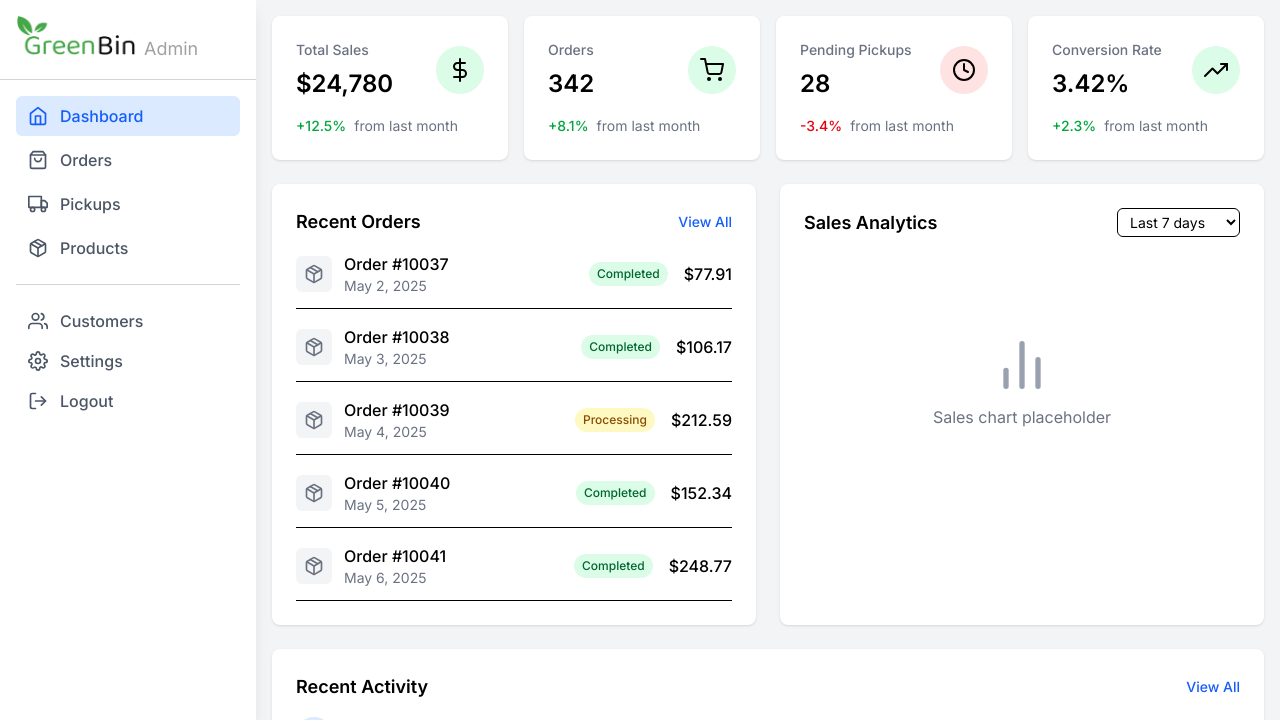
Repository: Siddhu123456/Plastic-Waste-Management
Page: /dashboard (app in frontend/)
An editor plug-in stored every save of this project. The page is shown before and after the next save, followed by the edit.
The browser window is 1280 px wide. The pictures show the whole page.
An inner scrolling area shows only its first screen. The project was rebuilt for these pictures with package versions that can differ from the ones it lists, and the page was loaded fresh each time. Also part of the build but not shown: frontend/vite.config.js, frontend/src/components/ProductCard.jsx, frontend/src/components/TrendingProductsCarousel.jsx, frontend/src/pages/Home.jsx, frontend/src/components/FilterBar.jsx, frontend/src/components/Loader.jsx, frontend/src/pages/customer/Shop.jsx, frontend/src/pages/customer/Recycle.jsx and 22 more. Imported but missing from the stored project, and not drawn on this page: frontend/src/pages/Help, frontend/src/pages/customer/WishList.

Above is the page before, as saved 2025-05-06 20:04:26.

### frontend/src/index.css
@import url('https://fonts.googleapis.com/css2?family=Fugaz+One&family=Montserrat:ital@0;1&display=swap');
@import url('https://fonts.googleapis.com/css2?family=Inter:ital,opsz,wght@0,14..32,100..900;1,14..32,100..900&display=swap');
@import "tailwindcss";


@custom-variant dark (&:where(.dark, .dark *));


@theme{
  --color-ow : #f5f5f5;
  --color-dbg : #000803;
  --color-dsc : #1e221f;
  --color-dtc : #313532;
  --color-lgg : #3bd440;
  --color-tc : #1e1e1e;
  --color-lgd : #2aa12e;
  --color-bl: #1D2A35;
  --color-lg-trans : rgba(69, 167, 72, 0.3);
}

@layer components {
  .pri-btn {
    @apply text-white cursor-pointer text-center rounded-lg bg-lgg hover:bg-lgd transition duration-300
  }
  .white-btn {
    @apply text-lgg cursor-pointer text-center rounded-2xl bg-ow transition duration-300
  }
  .trans-btn{
    @apply border text-center rounded-2xl cursor-pointer border-lgg text-lgg hover:bg-lgg hover:text-white transition
  }

  .white-trans-btn{
    @apply border text-center rounded-2xl cursor-pointer border-white text-white transition duration-300
  }
}

@layer utilities{
  .no-scrollbar::-webkit-scrollbar {
    display: none;
}
.no-scrollbar {
    -ms-overflow-style: none;
    scrollbar-width: none;
}
}

:root{
  font-family: "Inter", sans-serif;
  background-color: #f5f5f5;
  box-sizing: border-box;
  overflow-x: hidden;
}


input[type='range'] {
  pointer-events: all;
  height: 0;
}

input[type='range']::-webkit-slider-thumb {
  appearance: none;
  height: 16px;
  width: 16px;
  background: #22c55e;
  border-radius: 9999px;
  cursor: pointer;
  border: none;
}

input[type='range']::-moz-range-thumb {
  height: 16px;
  width: 16px;
  background: #22c55e;
  border-radius: 9999px;
  cursor: pointer;
  border: none;
}

### frontend/src/App.jsx
import { CartProvider } from './components/CartContext.jsx';
import AppRoutes from './routes/AppRoutes.jsx'


const App = () => (
    <CartProvider>
        <AppRoutes />
    </CartProvider>
)

export default App;

### frontend/src/components/CartContext.jsx
import { createContext, useContext, useState } from "react";

const CartContext = createContext();

export const CartProvider = ({ children }) => {
  const [cartCount, setCartCount] = useState(0);

  return (
    <CartContext.Provider value={{ cartCount, setCartCount }}>
      {children}
    </CartContext.Provider>
  );
};

export const useCart = () => useContext(CartContext);

### frontend/src/routes/AppRoutes.jsx
import { BrowserRouter as Router, Routes, Route } from 'react-router-dom'

import Home from '../pages/Home'
import Help from '../pages/Help'
import Shop from '../pages/customer/Shop'
import Recycle from '../pages/customer/Recycle'
import Cart from '../pages/customer/Cart'
import WishList from '../pages/customer/WishList'
import ProductOverview from '../pages/customer/ProductOverview'
import ScrollToTop from './ScrollToTop'
import Layout from '../components/Layout'
import Wallet from '../pages/customer/Wallet'
import OrderHistory from '../pages/customer/OrderHistory'
import OrderSummary from '../pages/customer/OrderSummary'
import PickupHistory from '../pages/customer/PickupHistory'
import CustomerProfile from '../pages/customer/CustomerProfile'
import ProductForm from '../pages/admin/ProductForm'
import Dashboard from '../pages/admin/Dashboard'
import Orders from '../pages/admin/Orders'
import AdminLayout from '../pages/admin/AdminLayout'

const AppRoutes = () => {
  return (
    <Router>
      <ScrollToTop />
      <Routes>
        {/* Routes using main Layout */}
        <Route element={<Layout />}>
          <Route path='/' element={<Home />} />
          <Route path='/recycle' element={<Recycle />} />
          <Route path='/shop' element={<Shop />} />
          <Route path='/help' element={<Help />} />
          <Route path='/cart' element={<Cart />} />
          <Route path='/favorites' element={<WishList />} />
          <Route path='/wallet' element={<Wallet />} />
          <Route path='/product/:id' element={<ProductOverview />} />
          <Route path='/orders' element={<OrderHistory />} />
          <Route path='/orders/:id' element={<OrderSummary />} />
          <Route path='/pickups' element={<PickupHistory />} />
          <Route path='/cprofile' element={<CustomerProfile />} />
          <Route path='/pform' element={<ProductForm />} />
        </Route>

        <Route element={<AdminLayout />}>
          <Route path='/dashboard' element={<Dashboard />} />
          <Route path='/allorders' element={<Orders />} />
        </Route>

      </Routes>
    </Router>
  )
}

export default AppRoutes

### frontend/src/routes/ScrollToTop.jsx
import { useEffect } from "react";
import { useLocation } from "react-router-dom";

const ScrollToTop = () => {
    const {pathname} = useLocation()
    useEffect(() => {
        window.scrollTo(0,0)
    },[pathname])

    return null
}

export default ScrollToTop;

### frontend/src/pages/admin/Dashboard.jsx
import {
    FiDollarSign,
    FiShoppingCart,
    FiClock,
    FiTrendingUp,
    FiBarChart2,
    FiPackage,
    FiShoppingBag,
    FiCheckCircle,
    FiTruck,
    FiXCircle
  } from 'react-icons/fi';

  import StatCard from '../../components/StatCard';
  import ActivityItem from '../../components/ActivityItem';

  const Dashboard = () => {
    return (
      <div className="space-y-6">
        {/* Stats Cards */}
        <div className="grid grid-cols-1 sm:grid-cols-2 lg:grid-cols-4 gap-4">
          <StatCard
            title="Total Sales"
            value="$24,780"
            change="+12.5%"
            icon={<FiDollarSign className="h-6 w-6" />}
            positive
          />
          <StatCard
            title="Orders"
            value="342"
            change="+8.1%"
            icon={<FiShoppingCart className="h-6 w-6" />}
            positive
          />
          <StatCard
            title="Pending Pickups"
            value="28"
            change="-3.4%"
            icon={<FiClock className="h-6 w-6" />}
            positive={false}
          />
          <StatCard
            title="Conversion Rate"
            value="3.42%"
            change="+2.3%"
            icon={<FiTrendingUp className="h-6 w-6" />}
            positive
          />
        </div>

        {/* Recent Orders and Sales Chart */}
        <div className="grid grid-cols-1 lg:grid-cols-2 gap-6">
          <div className="bg-white rounded-lg shadow p-6">
            <div className="flex justify-between items-center mb-4">
              <h3 className="text-lg font-semibold">Recent Orders</h3>
              <button className="text-blue-600 text-sm font-medium">View All</button>
            </div>
            <div className="space-y-4">
              {/* Order Items */}
              {[1, 2, 3, 4, 5].map((order) => (
                <div key={order} className="flex justify-between items-center border-b pb-3">
                  <div className="flex items-center">
                    <div className="rounded-md bg-gray-100 p-2">
                      <FiPackage className="h-5 w-5 text-gray-500" />
                    </div>
                    <div className="ml-3">
                      <p className="font-medium">Order #{10036 + order}</p>
                      <p className="text-sm text-gray-500">May {order + 1}, 2025</p>
                    </div>
                  </div>
                  <div className="flex items-center">
                    <span className={`px-2 py-1 rounded-full text-xs font-medium ${
                      order % 3 === 0 ? 'bg-yellow-100 text-yellow-800' : 'bg-green-100 text-green-800'
                    }`}>
                      {order % 3 === 0 ? 'Processing' : 'Completed'}
                    </span>
                    <span className="ml-4 font-medium">${(Math.random() * 200 + 50).toFixed(2)}</span>
                  </div>
                </div>
              ))}
            </div>
          </div>

          <div className="bg-white rounded-lg shadow p-6">
            <div className="flex justify-between items-center mb-4">
              <h3 className="text-lg font-semibold">Sales Analytics</h3>
              <select className="text-sm border rounded-md px-2 py-1">
                <option>Last 7 days</option>
                <option>Last 30 days</option>
                <option>Last 90 days</option>
              </select>
            </div>
            <div className="h-64 flex items-center justify-center">
              <div className="text-center">
                <FiBarChart2 className="h-16 w-16 mx-auto text-gray-400" />
                <p className="mt-2 text-gray-500">Sales chart placeholder</p>
              </div>
            </div>
          </div>
        </div>

        {/* Recent Activity */}
        <div className="bg-white rounded-lg shadow p-6">
          <div className="flex justify-between items-center mb-4">
            <h3 className="text-lg font-semibold">Recent Activity</h3>
            <button className="text-blue-600 text-sm font-medium">View All</button>
          </div>
          <div className="space-y-4">
            <ActivityItem
              icon={<FiShoppingBag className="h-5 w-5" />}
              title="New order received"
              description="Order #10041 from John Doe"
              time="5 minutes ago"
            />
            <ActivityItem
              icon={<FiCheckCircle className="h-5 w-5" />}
              title="Order completed"
              description="Order #10038 has been delivered"
              time="2 hours ago"
            />
            <ActivityItem
              icon={<FiTruck className="h-5 w-5" />}
              title="Pickup scheduled"
              description="Order #10039 ready for pickup at 5:00 PM"
              time="3 hours ago"
            />
            <ActivityItem
              icon={<FiXCircle className="h-5 w-5" />}
              title="Order cancelled"
              description="Order #10036 has been cancelled"
              time="5 hours ago"
            />
          </div>
        </div>
      </div>
    );
  };

  export default Dashboard;

### frontend/src/pages/admin/AdminLayout.jsx
import React, { useState } from "react";
import { FiMenu } from "react-icons/fi";
import Sidebar from "../../components/Sidebar";
import { Outlet } from "react-router-dom";
import LogoGBB from '../../assets/images/logoGBB.png'


const AdminLayout = () => {
  const [sidebarOpen, setSidebarOpen] = useState(false);
  const [activePage, setActivePage] = useState('dashboard');

  const toggleSidebar = () => {
    setSidebarOpen(!sidebarOpen);
  };

  return (
    <div className="flex h-screen bg-gray-100 dark:bg-dsc">
      {/* Sidebar */}
      <Sidebar
        activePage={activePage}
        setActivePage={setActivePage}
        sidebarOpen={sidebarOpen}
        toggleSidebar={toggleSidebar}
      />

      {/* Main Content */}
      <div className="flex flex-col flex-1 xl:ml-64">
        {/* Top bar with menu toggle */}
        <header className="bg-white shadow-sm z-10 xl:hidden">
          <div className="px-4 py-1 flex items-center gap-4">
            <button
              onClick={toggleSidebar}
              className="mr-2 text-gray-600 focus:outline-none"
            >
              <FiMenu className="h-6 w-6" />
            </button>
            <div className=" flex items-baseline gap-2">
              <img className="w-30" src={LogoGBB} alt="GreenBin" />
              <p className="text-lg text-neutral-400">Admin</p>
            </div>
          </div>
        </header>

        {/* Page content */}
        <main className="flex-1 p-4 overflow-auto">
          <Outlet />
        </main>
      </div>

      {/* Overlay to close sidebar on mobile */}
      {sidebarOpen && (
        <div
          className="fixed inset-0 bg-black/50 z-40 xl:hidden"
          onClick={toggleSidebar}
        />
      )}
    </div>
  );
};

export default AdminLayout;

### frontend/src/components/StatCard.jsx
const StatCard = ({ title, value, change, icon, positive }) => {
    return (
      <div className="bg-white rounded-lg shadow p-6">
        <div className="flex items-center justify-between">
          <div>
            <p className="text-sm font-medium text-gray-500">{title}</p>
            <p className="text-2xl font-semibold mt-2">{value}</p>
          </div>
          <div className={`p-3 rounded-full ${positive ? 'bg-green-100' : 'bg-red-100'}`}>
            {icon}
          </div>
        </div>
        <div className="mt-4 flex items-center">
          <span className={`text-sm font-medium ${positive ? 'text-green-600' : 'text-red-600'}`}>
            {change}
          </span>
          <span className="text-sm text-gray-500 ml-2">from last month</span>
        </div>
      </div>
    );
  };

  export default StatCard;

### frontend/src/components/ActivityItem.jsx
const ActivityItem = ({ icon, title, description, time }) => {
    return (
      <div className="flex">
        <div className="mr-4">
          <div className="p-2 rounded-full bg-blue-100 text-blue-600">
            {icon}
          </div>
        </div>
        <div>
          <div className="font-medium">{title}</div>
          <div className="text-sm text-gray-500">{description}</div>
          <div className="text-xs text-gray-400 mt-1">{time}</div>
        </div>
      </div>
    );
  };

  export default ActivityItem;

### frontend/src/components/Sidebar.jsx
import {
  FiHome,
  FiShoppingBag,
  FiTruck,
  FiPackage,
  FiUsers,
  FiSettings,
  FiLogOut,
  FiX
} from 'react-icons/fi';
import LogoGBB from '../assets/images/logoGBB.png'
import SidebarItem from './SidebarItem';

const Sidebar = ({ activePage, setActivePage, sidebarOpen, toggleSidebar }) => {
  return (
    <div className={`fixed inset-y-0 left-0 top-0 z-50 w-64 bg-white shadow-lg transform transition-transform duration-200 xl:translate-x-0 ${sidebarOpen ? 'translate-x-0' : '-translate-x-full'}`}>
      <div className="flex items-center justify-between p-4 border-b border-neutral-300">
        <div className=" flex items-baseline gap-2">
          <img className="w-30" src={LogoGBB} alt="GreenBin" />
          <p className="text-lg text-neutral-400">Admin</p>
        </div>
        <button onClick={toggleSidebar} className="p-2 rounded-md xl:hidden">
          <FiX className="h-6 w-6" />
        </button>
      </div>
      <div className="p-4">
        <nav className="space-y-1">
          <SidebarItem
            icon={<FiHome className="h-5 w-5" />}
            title="Dashboard"
            active={activePage === 'dashboard'}
            onClick={() => setActivePage('dashboard')}
          />
          <SidebarItem
            icon={<FiShoppingBag className="h-5 w-5" />}
            title="Orders"
            active={activePage === 'orders'}
            onClick={() => setActivePage('orders')}
          />
          <SidebarItem
            icon={<FiTruck className="h-5 w-5" />}
            title="Pickups"
            active={activePage === 'pickups'}
            onClick={() => setActivePage('pickups')}
          />
          <SidebarItem
            icon={<FiPackage className="h-5 w-5" />}
            title="Products"
            active={activePage === 'products'}
            onClick={() => setActivePage('products')}
          />
          <div className="pt-4 mt-4 border-t border-neutral-300">
            <SidebarItem
              icon={<FiUsers className="h-5 w-5" />}
              title="Customers"
              active={activePage === 'customers'}
              onClick={() => setActivePage('customers')}
            />
            <SidebarItem
              icon={<FiSettings className="h-5 w-5" />}
              title="Settings"
              active={activePage === 'settings'}
              onClick={() => setActivePage('settings')}
            />
            <SidebarItem
              icon={<FiLogOut className="h-5 w-5" />}
              title="Logout"
              active={false}
            />
          </div>
        </nav>
      </div>
    </div>
  );
};

export default Sidebar;

### frontend/src/components/SidebarItem.jsx
const SidebarItem = ({ icon, title, active, onClick }) => {
    return (
      <button
        onClick={onClick}
        className={`flex items-center w-full px-3 py-2 rounded-md transition-colors ${
          active ? 'bg-blue-100 text-blue-600' : 'text-gray-600 hover:bg-gray-100'
        }`}
      >
        <span className="mr-3">{icon}</span>
        <span className="font-medium">{title}</span>
      </button>
    );
  };

  export default SidebarItem;

Loaded but not shown: frontend/index.html (common file); frontend/src/main.jsx (common file)

After the next save:
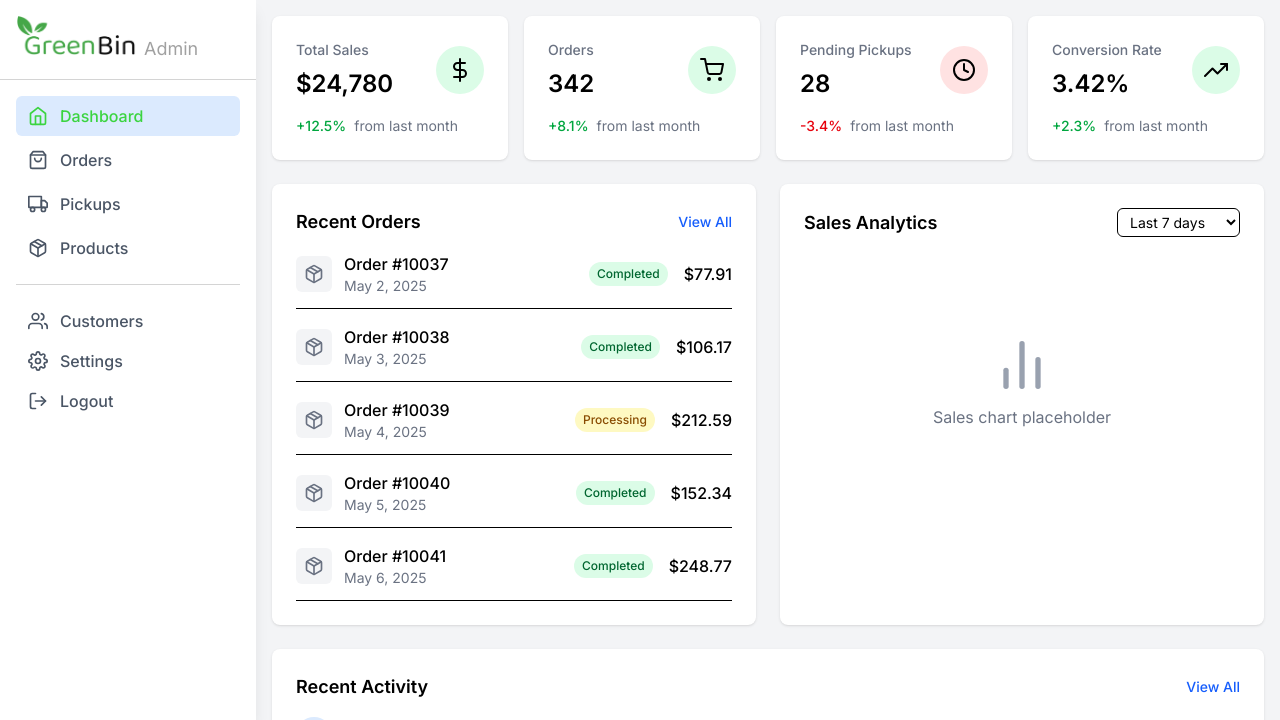
Saved 2 min 30 s later.
--- a/frontend/src/components/SidebarItem.jsx
+++ b/frontend/src/components/SidebarItem.jsx
@@ -3,7 +3,7 @@ const SidebarItem = ({ icon, title, active, onClick }) => {
       <button
         onClick={onClick}
         className={`flex items-center w-full px-3 py-2 rounded-md transition-colors ${
-          active ? 'bg-blue-100 text-blue-600' : 'text-gray-600 hover:bg-gray-100'
+          active ? 'bg-blue-100 text-lgg' : 'text-gray-600 hover:bg-gray-100'
         }`}
       >
         <span className="mr-3">{icon}</span>
